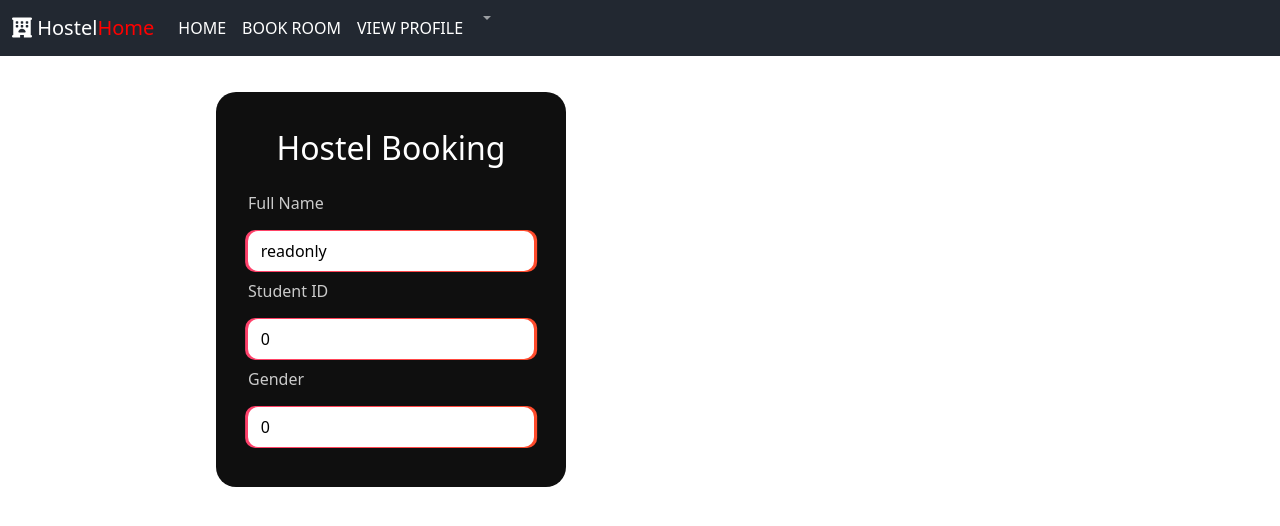
Repository: SparshGarg1/Hostel_Managment_System
Page: http://localhost/Hostel/studentviewappoinment.jsp
An editor plug-in stored every save of this project. The page is shown before and after the next save, followed by the edit.
The browser window is 1280 px wide. The pictures show the whole page.
Some web libraries are served in a nearby version. The page is served by Tomcat 9. Other server files are loaded and not shown. Queries for data that is not in the repository find no rows.

Above is the page before, as saved 2023-06-18 07:18:30.

### Hostel/WebContent/studentviewappoinment.jsp
<%@page import="java.sql.ResultSet"%>
<%@page errorPage="component/error.jsp" %>
<%@ include file="component/db.jsp" %>
<%@ page language="java" contentType="text/html; charset=ISO-8859-1"
    pageEncoding="ISO-8859-1"%>
<!DOCTYPE html PUBLIC "-//W3C//DTD HTML 4.01 Transitional//EN" "http://www.w3.org/TR/html4/loose.dtd">
<html>
<head>
<meta http-equiv="Content-Type" content="text/html; charset=ISO-8859-1">
<title>Insert title here</title>
<%@ include file="component/allcss.jsp" %>
<style>
        @import url('https://fonts.googleapis.com/css2?family=Poppins&display=swap');
        .main{
            display: flex;
            align-items: center;
            justify-content:space-between;
            flex-wrap: wrap;
        }
        .image img{
            margin: 5vh 30vh;
            border-radius: 15px;
            filter: brightness(80%);
        }
        .contain{
            margin: 5vh 30vh;
            background: rgb(15, 15, 15);
            width: 350px;
            border-radius: 20px;
            display: flex;
            justify-content: center;
            flex-direction: column;
            color: white;
            padding: 2em;

        }
        .head{
            font-size: 2em;
            margin-bottom: 0.5em;
            text-align: center;
        }
        .bo {
            margin: 0.2em 0;
        }
        .contain .bo p{
            color: rgba(255, 255, 255, 0.781);
        }
        .contain .bo div{
            position: relative;
            width: 100%;
            height: 40px;
            margin: 0.5em 0;
        }
        .contain .bo input{
            position: absolute;
            width: 100%;
            height: 100%;
            background: rgb(255, 255, 255);
            color: rgb(0, 0, 0);
            border: none;
            outline: none;
            padding-left: 0.8em;
            border-radius: 10px;
            transition: all .4s
        }

        .contain .bo input:focus::placeholder{
            color: white;
        }
        .contain .bo div::before{
            content: '';
            position: absolute;
            top: 50%;
            left: 50%;
            transform: translate(-50%, -50%);
            width: 102%;
            height: 105%;
            border-radius: 10px;
            background: linear-gradient(to right, #ff416c, #ff4b2b);
        }

        select{
            position: relative;
            width: 100%;
            height: 40px;
            margin: 0.5em 0;
            border-radius: 10px;
            /* background: linear-gradient(to right, #ff416c, #ff4b2b); */
        }
        .loginBtn{
            width: 102%;
            height: 40px;
            border: none;
            border-radius: 10px;
            margin: 0.5em 0;
            transform: translate(-1%);
            cursor: pointer;
            color: white;
            background: linear-gradient(to right, #ff416c, #ff4b2b);
            transition: all .4s;
        }

        .loginBtn:hover{
            transform: translate(-1%, 5%);
            box-shadow: 0 0 10px #ff416d65;
        }
        .text{
            font-size: 0.8em;
            margin-top: 0.5em;
            text-align: center;
            color: rgba(255, 255, 255, 0.623);
        }
        .text a{
            color: rgba(255, 255, 255, 0.911);
        }
        </style>
</head>
<body>
<!-- Fetching Detail os User -->
<%
	HttpSession ses = request.getSession();
	String email = (String) ses.getAttribute("email");
	String qrp = "select * from student where email=?";
	PreparedStatement ps = con.prepareStatement(qrp);
	ps.setString(1, email);
	String name="";
	int id =0;
	String gender="";
	int age=0;
	int room=0;
	String hostel_name="";
	ResultSet rsp = ps.executeQuery();
	if(rsp.next())
	{
	name = rsp.getString("name");
	id = rsp.getInt("student_id");
	gender = rsp.getString("gender");
	age = rsp.getInt("age");
	room = rsp.getInt("room_no");
	hostel_name = rsp.getString("hostel_name");
	}
%>

<!-- Navbar -->
<nav class="navbar navbar-expand-lg navbar-dark" style="background-color:#222831;">
  <div class="container-fluid">
<a class="navbar-brand" href="index.jsp"><i class="fas fa-hotel"></i> Hostel<span style="color:red;">Home</span></a>
    <button class="navbar-toggler" type="button" data-bs-toggle="collapse" data-bs-target="#navbarSupportedContent" aria-controls="navbarSupportedContent" aria-expanded="false" aria-label="Toggle navigation">
      <span class="navbar-toggler-icon"></span>
    </button>
    <div class="collapse navbar-collapse" id="navbarSupportedContent">
      <ul class="navbar-nav  mb-2 mb-lg-0">
        <li class="nav-item">
          <a class="nav-link active" aria-current="page" href="studentportal.jsp">HOME</a>
        </li>
        <li class="nav-item">
          <a class="nav-link active" aria-current="page" href="studentbookroom.jsp">BOOK ROOM</a>
        </li>
        <li class="nav-item">
          <a class="nav-link active" aria-current="page" href="studentviewappoinment.jsp">VIEW PROFILE</a>
        </li>
        <li class="nav-item dropdown">
          <a class="nav-link dropdown-toggle" href="#" id="navbarDropdown" role="button" data-bs-toggle="dropdown" aria-expanded="false">
           <%=name %>
          </a>
          <ul class="dropdown-menu" aria-labelledby="navbarDropdown">
          	<li><a class="dropdown-item" href="userchangepassword.jsp?email=<%= email %>">Change Password</a></li>
            <li><a class="dropdown-item" href="UserLogout">Logout</a></li>
          </ul>
        </li>
      </ul>
    </div>
  </div>
</nav>

<div class="main">

    <div class="contain">
        <p class="head">Hostel Booking</p>
        <form>
        <div class="bo">
            <p>Full Name</p>
            <div>
                <input value=<%=name%> readonly>
            </div>
        </div>
        <div class="bo">
            <p>Student ID</p>
            <div>
                <input value=<%=id%> readonly>
            </div>
        </div>
        <div class="bo">
            <p>Gender</p>
            <div>
                <input value=<%=id%> readonly>
            </div>
        </div>



        </form>
    </div>
</div>

</body>
</html>

### Hostel/WebContent/component/db.jsp

<%@page import="java.sql.Connection" %>
<%@page import="java.sql.DriverManager" %>
<%@page import="java.sql.PreparedStatement" %>
<%
Class.forName("com.mysql.jdbc.Driver");
Connection con=DriverManager.getConnection("jdbc:mysql://localhost:3306/hostel","root","sparsh1574");
%>

### Hostel/WebContent/component/allcss.jsp
<link rel="stylesheet" href="https://cdnjs.cloudflare.com/ajax/libs/font-awesome/6.1.2/css/all.min.css" integrity="sha512-1sCRPdkRXhBV2PBLUdRb4tMg1w2YPf37qatUFeS7zlBy7jJI8Lf4VHwWfZZfpXtYSLy85pkm9GaYVYMfw5BC1A==" crossorigin="anonymous" referrerpolicy="no-referrer" />
<link href="https://cdn.jsdelivr.net/npm/bootstrap@5.0.2/dist/css/bootstrap.min.css" rel="stylesheet" integrity="sha384-EVSTQN3/azprG1Anm3QDgpJLIm9Nao0Yz1ztcQTwFspd3yD65VohhpuuCOmLASjC" crossorigin="anonymous">
<script src="https://cdn.jsdelivr.net/npm/bootstrap@5.0.2/dist/js/bootstrap.bundle.min.js" integrity="sha384-MrcW6ZMFYlzcLA8Nl+NtUVF0sA7MsXsP1UyJoMp4YLEuNSfAP+JcXn/tWtIaxVXM" crossorigin="anonymous"></script>

After the next save:
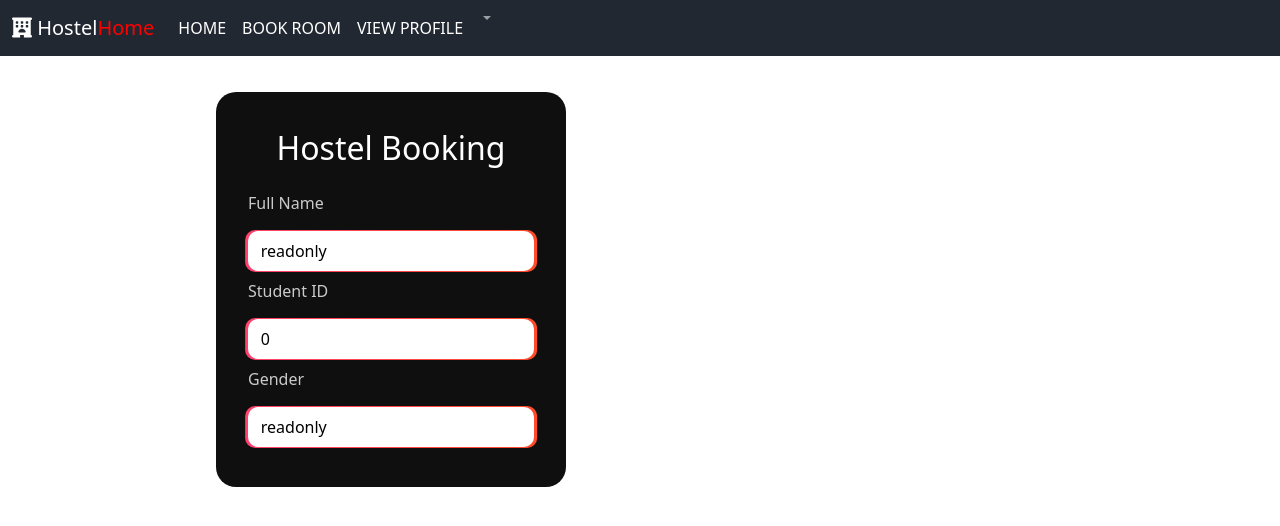
Saved 5 s later.
--- a/Hostel/WebContent/studentviewappoinment.jsp
+++ b/Hostel/WebContent/studentviewappoinment.jsp
@@ -193,7 +193,7 @@
         <div class="bo">
             <p>Gender</p>
             <div>
-                <input value=<%=id%> readonly>
+                <input value=<%=gender%> readonly>
             </div>
         </div>
 
